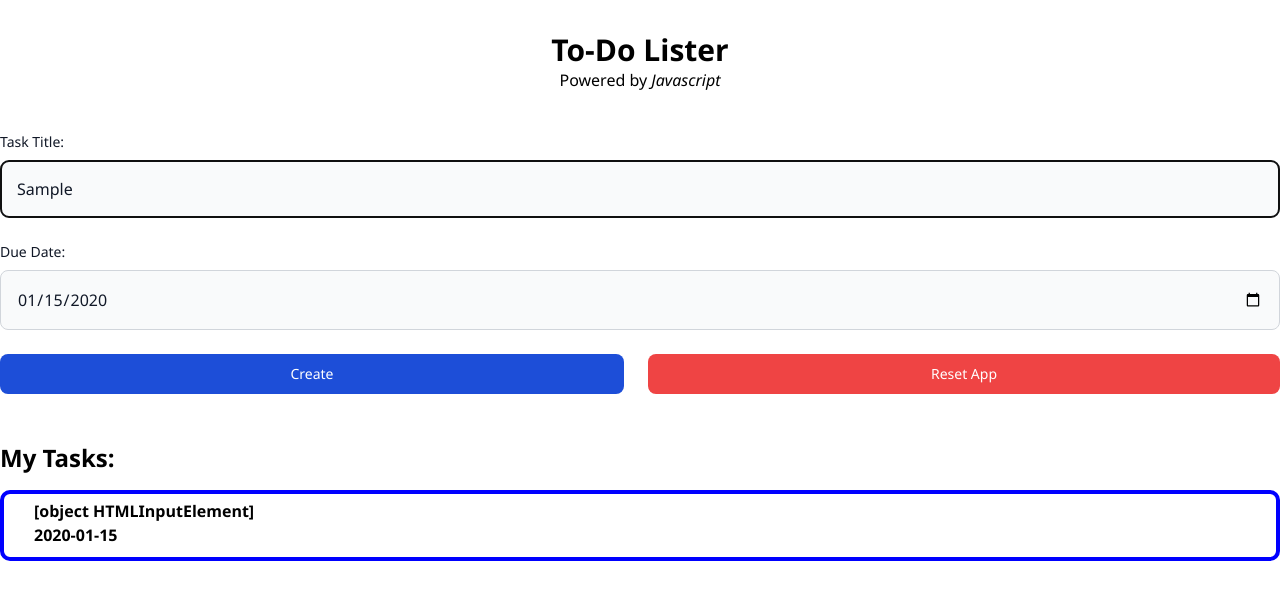
Repository: vxyux/to-do-lister
Page: index.html
An editor plug-in stored every save of this project. The page is shown before and after the next save, followed by the edit.
The browser window is 1280 px wide. The pictures show the whole page.
Empty fields were first filled with sample values (such as "Sample", 5 or name@example.com).
After loading, the first visible `button.text-white` was clicked once.
Some web libraries are served in a nearby version.

Above is the page before, as saved 2023-09-06 14:18:58.

After the next save:
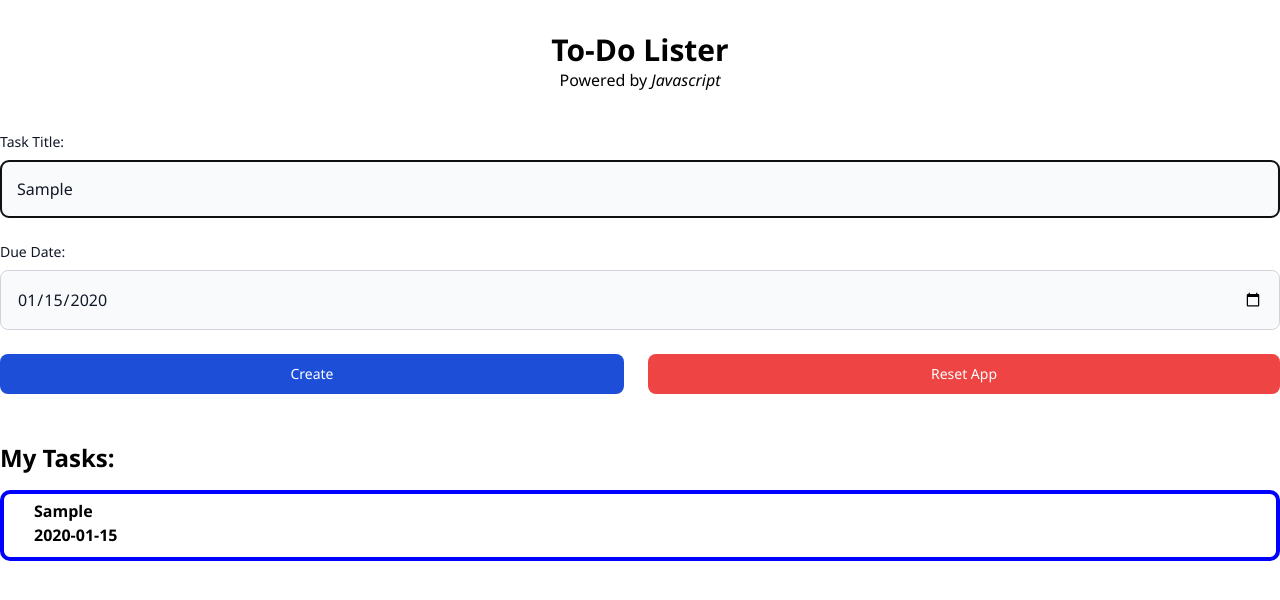
Saved 4 s later.
--- a/app.js
+++ b/app.js
@@ -20,7 +20,7 @@ function newTask() {
 
   if (IsEmpty(userInput) && dueInput >= todaysDate) {
     // not empty
-    const todo = { id: Date.now(), task: userInput, due: dueInput.value };
+    const todo = { id: Date.now(), task: userInput.value, due: dueInput.value };
 
     // push the new task to the todolist JSON
     todolist.push(todo);
